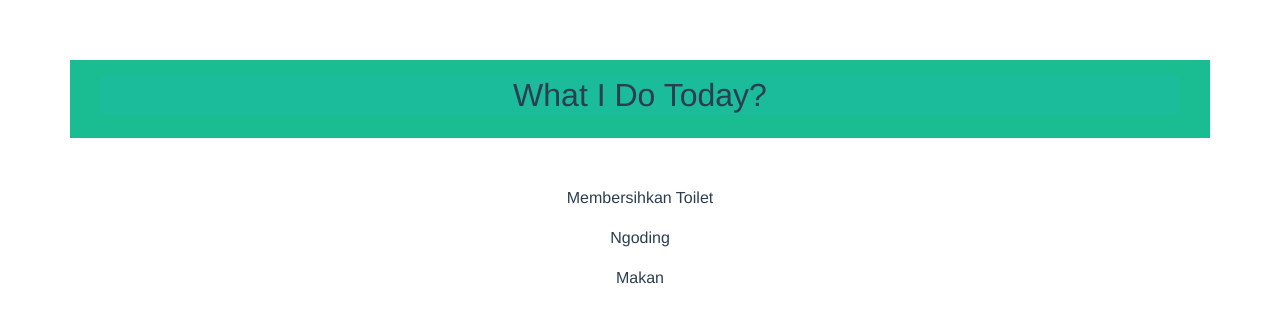
Repository: AdiPrimanto/praxis-academy
Page: / (app in novice/03-05/todolist/)
These files come from the project's save history. The page is drawn as it stood at one moment and after the next save; the edit follows.
The browser window is 1280 px wide. The pictures show the whole page.
The project was rebuilt for these pictures with package versions that can differ from the ones it lists, and the page was loaded fresh each time.

Above is the page before, as saved 2019-11-29 14:22:15.

After the next save:
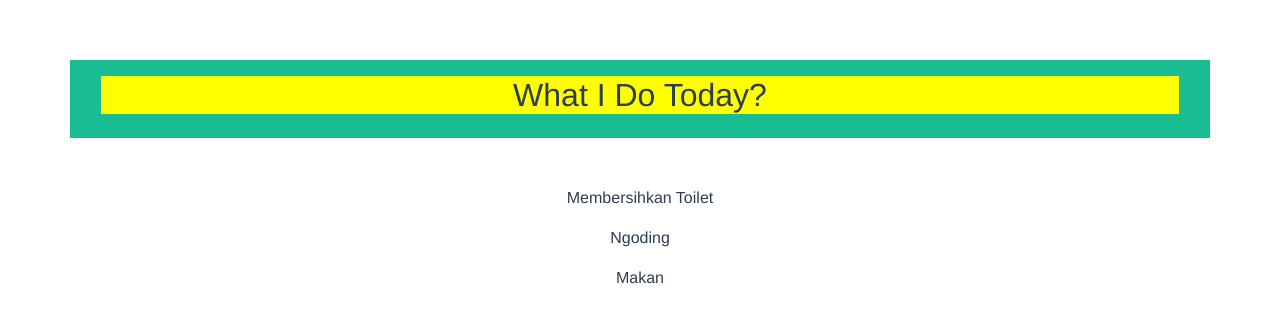
Saved 6 s later.
--- a/novice/03-05/todolist/src/App.vue
+++ b/novice/03-05/todolist/src/App.vue
@@ -68,6 +68,6 @@
   }
   .header h2{
     /* background: #1abc9c; */
-    background: #1abc9c;
+    background: yellow;
   }
 </style>

After the save that followed:
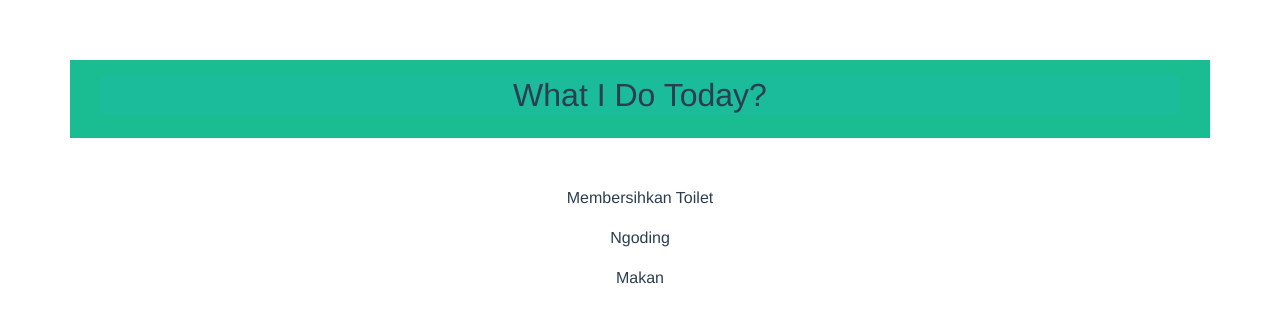
Saved 7 s later.
--- a/novice/03-05/todolist/src/App.vue
+++ b/novice/03-05/todolist/src/App.vue
@@ -67,7 +67,6 @@
     background: #1abc91;
   }
   .header h2{
-    /* background: #1abc9c; */
-    background: yellow;
+    background: #1abc9c;
   }
 </style>
